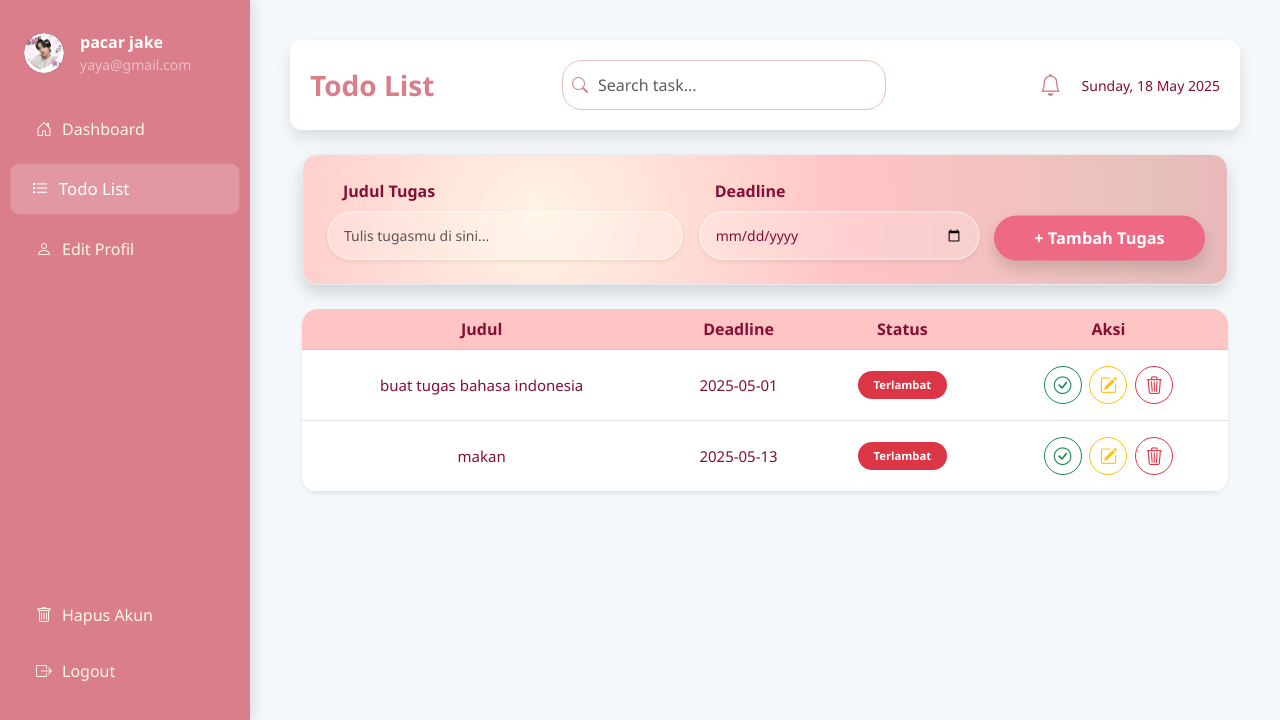
Repository: zhr-nabila/FloTime
Page: http://localhost/todo.php
The author's editor kept a copy of each file at every save. The page is drawn from the files as they stood at one save, then again after the next save.
The browser window is 1280 px wide. The pictures show the whole page.
The pointer rests on the first visible `.btn-gradient`.
The page is run by PHP 8.4 with error messages shown; the project is at /var/www/html/. The session is filled in as if someone had signed in: {"email": "yaya@gmail.com", "status": "login", "user_id": 2}. Other server files are loaded and not shown. The database holds what the project's SQL file puts in it.

Above is the page before, as saved 2025-05-18 20:25:47.

### todo.php
<?php
session_start();
require 'koneksi.php';

// cek login
if (!isset($_SESSION['status']) || $_SESSION['status'] != "login") {
    header("Location: login.php");
    exit();
}

$user_id = $_SESSION['user_id'];
$email = $_SESSION['email'];

$search = isset($_GET['search']) ? trim($_GET['search']) : '';

// tambah task
if (isset($_POST['add_task'])) {
    $title = trim($_POST['title']);
    $deadline = $_POST['deadline'];
    $created_at = date('Y-m-d H:i:s');

    $stmt = $conn->prepare("INSERT INTO todos (user_id, title, status, deadline, created_at) VALUES (?, ?, 'pending', ?, ?)");
    $stmt->bind_param("isss", $user_id, $title, $deadline, $created_at);
    $stmt->execute();
    $stmt->close();

    header("Location: todo.php");
    exit();
}

// nandain task selesai
if (isset($_GET['done'])) {
    $task_id = (int) $_GET['done'];
    $stmt = $conn->prepare("UPDATE todos SET status = 'completed' WHERE id = ? AND user_id = ?");
    $stmt->bind_param("ii", $task_id, $user_id);
    $stmt->execute();
    $stmt->close();

    header("Location: todo.php");
    exit();
}

// undo task selesai
if (isset($_GET['undo'])) {
    $task_id = (int) $_GET['undo'];
    $stmt = $conn->prepare("UPDATE todos SET status = 'pending' WHERE id = ? AND user_id = ?");
    $stmt->bind_param("ii", $task_id, $user_id);
    $stmt->execute();
    $stmt->close();

    header("Location: todo.php");
    exit();
}

// hapus task
if (isset($_GET['delete'])) {
    $task_id = (int) $_GET['delete'];
    $stmt = $conn->prepare("DELETE FROM todos WHERE id = ? AND user_id = ?");
    $stmt->bind_param("ii", $task_id, $user_id);
    $stmt->execute();
    $stmt->close();

    header("Location: todo.php");
    exit();
}

// ambil daftar tugas
if (!empty($search)) {
    $like_search = "%$search%";
    $stmt = $conn->prepare("SELECT * FROM todos WHERE user_id = ? AND title LIKE ? ORDER BY deadline ASC");
    $stmt->bind_param("is", $user_id, $like_search);
} else {
    $stmt = $conn->prepare("SELECT * FROM todos WHERE user_id = ? ORDER BY deadline ASC");
    $stmt->bind_param("i", $user_id);
}

$stmt->execute();
$result = $stmt->get_result();

if (!$result) {
    die("Query gagal: " . $conn->error);
}
?>


<!DOCTYPE html>
<html lang="en">

<head>
    <meta charset="UTF-8">
    <title>Todo List</title>
    <link href="https://cdn.jsdelivr.net/npm/bootstrap@5.3.3/dist/css/bootstrap.min.css" rel="stylesheet">
    <link href="https://cdn.jsdelivr.net/npm/bootstrap-icons@1.10.5/font/bootstrap-icons.css" rel="stylesheet">
    <link rel="stylesheet" href="css/style.css">
</head>

<body>
    <!-- sidebar -->
    <?php
    $activePage = 'todo';
    include 'includes/sidebar.php';
    ?>

    <div class="main-content">
        <!-- topbar -->
        <?php
        $pageTitle = "Todo List";
        include 'includes/topbar.php';
        ?>


        <div class="container mt-4">
            <form method="POST" class="mb-4 px-4 py-4 rounded-4 shadow border border-light-subtle premium-form">
                <div class="row align-items-end g-3">
                    <div class="col-md-5">
                        <label class="form-label fw-semibold px-3">Judul Tugas</label>
                        <input type="text" name="title" class="form-control form-control-sm glass-input rounded-5 shadow-sm" placeholder="Tulis tugasmu di sini..." required>
                    </div>
                    <div class="col-md-4">
                        <label class="form-label fw-semibold px-3">Deadline</label>
                        <input type="date" name="deadline" class="form-control form-control-sm glass-input rounded-5 shadow-sm" required>
                    </div>
                    <div class="col-md-3 d-grid">
                        <button type="submit" name="add_task" class="btn btn-gradient shadow fw-semibold rounded-5">+ Tambah Tugas</button>
                    </div>
                </div>
            </form>


            <?php if ($result->num_rows > 0): ?>
                <div class="table-responsive shadow-sm rounded-4 overflow-hidden">
                    <table class="table table-hover align-middle mb-0 premium-table">
                        <thead class="table-light text-center">
                            <tr>
                                <th>Judul</th>
                                <th>Deadline</th>
                                <th>Status</th>
                                <th>Aksi</th>
                            </tr>
                        </thead>
                        <tbody>
                            <?php while ($row = $result->fetch_assoc()): ?>
                                <tr class="<?= $row['status'] == 'completed' ? 'completed-task' : '' ?>">
                                    <td class="<?= $row['status'] == 'completed' ? 'text-decoration-line-through' : '' ?>">
                                        <?= htmlspecialchars($row['title']) ?>
                                    </td>
                                    <td class="<?= $row['status'] == 'completed' ? 'text-decoration-line-through' : '' ?>">
                                        <?= htmlspecialchars($row['deadline']) ?>
                                    </td>
                                    <td class="text-center">
                                        <?php
                                        if ($row['status'] == 'completed') {
                                            echo "<span class='badge rounded-pill text-bg-success px-3 py-2'>Selesai</span>";
                                        } elseif (date('Y-m-d') > $row['deadline']) {
                                            echo "<span class='badge rounded-pill text-bg-danger px-3 py-2'>Terlambat</span>";
                                        } else {
                                            echo "<span class='badge rounded-pill text-bg-warning text-dark px-3 py-2'>Belum Selesai</span>";
                                        }
                                        ?>
                                    </td>
                                    <td class="text-center">
                                        <?php if ($row['status'] == 'completed'): ?>
                                            <a href="?undo=<?= $row['id'] ?>" class="btn btn-icon btn-outline-secondary btn-sm me-1" title="Batalkan status">
                                                <i class="bi bi-arrow-counterclockwise"></i>
                                            </a>
                                        <?php else: ?>
                                            <a href="?done=<?= $row['id'] ?>" class="btn btn-icon btn-outline-success btn-sm me-1" title="Tandai selesai">
                                                <i class="bi bi-check-circle"></i>
                                            </a>
                                        <?php endif; ?>
                                        <a href="edit_task.php?id=<?= $row['id'] ?>" class="btn btn-icon btn-outline-warning btn-sm me-1" title="Edit tugas">
                                            <i class="bi bi-pencil-square"></i>
                                        </a>
                                        <a href="?delete=<?= $row['id'] ?>" onclick="return confirm('Hapus tugas ini?')" class="btn btn-icon btn-outline-danger btn-sm" title="Hapus tugas">
                                            <i class="bi bi-trash3"></i>
                                        </a>
                                    </td>
                                </tr>
                            <?php endwhile; ?>
                        </tbody>
                    </table>
                </div>
            <?php else: ?>
                <p class="text-muted mt-4 text-center">✨ Tidak ada tugas ditemukan. Buat yang baru, yuk!</p>
            <?php endif; ?>

        </div>
    </div>
    <script>
         document.querySelectorAll('tbody tr').forEach((row, index) => {
            row.style.opacity = '0';
            row.style.transform = 'translateY(20px)';
            row.style.transition = `all 0.5s ease ${index * 0.05}s`;

            setTimeout(() => {
                row.style.opacity = '1';
                row.style.transform = 'translateY(0)';
            }, 50);
        });
    </script>

</body>

</html>

### koneksi.php
<?php
$host = "localhost";
$user = "root";
$pass = "";
$db = "todolist";

$conn = mysqli_connect($host, $user, $pass, $db);

if (!$conn) {
    die("Koneksi gagal: " . mysqli_connect_error());
}

### includes/sidebar.php
<?php
if (!isset($_SESSION)) session_start();
include_once 'koneksi.php';

$email = $_SESSION['email'] ?? '';

// Ambil data user
$query = mysqli_query($conn, "SELECT * FROM users WHERE email = '$email'");
$user = mysqli_fetch_assoc($query);

// Ambil nama dan foto
$name = $user['name'] ?? '';
$avatar = $user['photo'] ?? null; // GUNAKAN 'photo' bukan 'avatar'

// Ambil inisial dari nama jika ada, kalau tidak dari email
$display_name = $name ?: $email;
$initial = strtoupper(substr($display_name, 0, 1));
?>

<div class="sidebar d-flex flex-column">
    <div class="px-4 d-flex align-items-center mb-4">
        <div class="user-avatar">
            <?php if ($avatar && file_exists("uploads/$avatar")): ?>
                <img src="uploads/<?= htmlspecialchars($avatar) ?>" alt="Avatar">
            <?php else: ?>
                <?= $initial ?>
            <?php endif; ?>
        </div>
        <div class="ms-3">
            <div class="fw-semibold"><?= htmlspecialchars($name ?: 'User') ?></div>
            <div class="small text-white-50"><?= htmlspecialchars($email) ?></div>
        </div>
    </div>
    <nav class="nav flex-column px-3">
        <a class="nav-link <?= ($activePage == 'dashboard') ? 'active' : '' ?>" href="dashboard.php">
            <i class="bi bi-house-door"></i> Dashboard
        </a>
        <a class="nav-link <?= ($activePage == 'todo') ? 'active' : '' ?>" href="todo.php">
            <i class="bi bi-list-task"></i> Todo List
        </a>
        <a class="nav-link <?= ($activePage == 'profile') ? 'active' : '' ?>" href="profile.php">
            <i class="bi bi-person"></i> Edit Profil
        </a>
        <a class="nav-link delete-account" href="#" id="deleteAccountBtn">
            <i class="bi bi-trash"></i> Hapus Akun
        </a>

        <a class="nav-link logout" href="logout.php">
            <i class="bi bi-box-arrow-right"></i> Logout
        </a>
    </nav>
</div>

<!-- Modal Hapus Akun -->
<!-- Modal Hapus Akun -->
<div id="deleteModal">
  <div class="modal-box">
    <h4>Yakin ingin menghapus akun?</h4>
    <p>Aksi ini tidak bisa dibatalkan!</p>
    <form id="deleteAccountForm" method="POST" action="delete_account.php">
        <button type="submit" class="confirm">Ya, Hapus</button>
        <button type="button" class="cancel" onclick="closeModal()">Batal</button>
    </form>
  </div>
</div>

<script>
  const deleteBtn = document.getElementById('deleteAccountBtn');
  const modal = document.getElementById('deleteModal');
  const deleteForm = document.getElementById('deleteAccountForm');

  if (deleteBtn && modal) {
    deleteBtn.addEventListener('click', function(e) {
      e.preventDefault();
      modal.style.display = 'flex';
    });
  }

  function closeModal() {
    modal.style.display = 'none';
  }

  // Handle form submission
  deleteForm.addEventListener('submit', function(e) {
    e.preventDefault();

    fetch('delete_account.php', {
      method: 'POST',
      headers: {
        'Content-Type': 'application/x-www-form-urlencoded',
      },
      body: new URLSearchParams(new FormData(deleteForm))
    })
    .then(response => response.json())
    .then(result => {
      if (result.status === 'success') {
        window.location.href = 'login.php?account_deleted=1';
      } else {
        alert(result.message);
        closeModal();
      }
    })
    .catch(error => {
      console.error('Error:', error);
      alert('Terjadi kesalahan saat menghapus akun');
      closeModal();
    });
  });
</script>

### includes/topbar.php
<div class="header">
    <div class="title"><?= isset($pageTitle) ? htmlspecialchars($pageTitle) : 'Untitled'; ?></div>
    <div class="search-bar">
        <form method="GET" action="todo.php" class="d-flex">
            <input type="text" name="search" class="form-control" placeholder="Search task..." value="<?= isset($_GET['search']) ? htmlspecialchars($_GET['search']) : '' ?>">
            <button type="submit" class="btn"><i class="bi bi-search"></i></button>
        </form>
    </div>

    <div class="notifications">
        <i class="bi bi-bell"></i>
        <div class="date"><?= date('l, d F Y') ?></div>
    </div>
</div>

### css/style.css
@import url('https://fonts.googleapis.com/css2?family=Poppins:wght@500&display=swap');

:root {
    --c0: #ffffff;
    --c1: #E3919F;
    --c2: #E7C0BC;
    --c3: #370808;
    --c4: #D97E8A;
    --c5: #EC9FAB;
    --c6: #000000;
    /* gradient */
    --c7: #850e35;
    --c8: #ee6983;
    --c9: #ffc4c4;
    --c10: #fff5e4;
    --c11: #d1d5db;
}


*:not(input):not(textarea):not([contenteditable="true"]) {
    caret-color: transparent !important;
}

input,
textarea,
[contenteditable="true"] {
    caret-color: auto;
    outline: none;
    padding: 6px 10px;
    border-radius: 5px;
    transition: border 0.2s ease;
}

body {
    background: #f5f8fa;
    font-family: 'Segoe UI', sans-serif;
    margin: 0;
    padding: 0;
    overflow: hidden;
}

html,
body {
    height: 100%;
}


::-webkit-scrollbar {
    display: none;
}

.main-content {
    margin-left: 250px;
    padding: 40px;
    height: 100vh;
    overflow-y: auto;
}


.sidebar {
    height: 100vh;
    background: var(--c4);
    color: var(--c0);
    padding-top: 30px;
    position: fixed;
    width: 250px;
    transition: all 0.3s;
    box-shadow: 4px 0 10px rgba(0, 0, 0, 0.1);
}

.sidebar .nav-link {
    color: var(--c10);
    padding: 12px 20px;
    margin: 6px 0;
    border-radius: 8px;
    display: flex;
    align-items: center;
    gap: 10px;
    transition: all 0.3s ease;
    font-size: 16px;
}

.sidebar .nav-link:hover,
.sidebar .nav-link.active {
    background-color: rgba(255, 255, 255, 0.2);
    color: var(--c0);
    transform: scale(1.05);
}

.sidebar .nav-link.logout {
    color: var(--c10);
    padding: 12px 20px;
    margin:2px 0;
    border-radius: 8px;
    display: flex;
    align-items: center;
    gap: 10px;
    transition: all 0.3s ease;
    font-size: 16px;
}

.sidebar .nav-link.logout:hover {
    background-color: rgba(255, 255, 255, 0.2);
    color: var(--c0);
    transform: scale(1.05);
}

.sidebar .nav-link.delete-account {
  color: var(--c10);
  margin-top: 19.5rem ;
}

.main-content {
    margin-left: 250px;
    padding: 40px;
}

.header {
    display: flex;
    justify-content: space-between;
    align-items: center;
    padding: 20px;
    background: var(--c0);
    border-radius: 12px;
    box-shadow: 0 8px 15px rgba(0, 0, 0, 0.1);
    margin-bottom: 20px;
}

.header .title {
    font-size: 28px;
    font-weight: bold;
    color: var(--c4);
}

.header .search-bar {
    position: relative;
    width: 350px;
}

.header .search-bar input {
    width: 100%;
    padding: 12px 40px 12px 35px;
    border-radius: 20px;
    border: 1px solid var(--c2);
    font-size: 16px;
    transition: border 0.3s;
}

.header .search-bar input:focus {
    border: 1px solid var(--c4);
    outline: none;
}

.header .search-bar i {
    position: absolute;
    top: 50%;
    left: 10px;
    transform: translateY(-50%);
    color: var(--c4);
}

.header .notifications {
    display: flex;
    align-items: center;
    gap: 20px;
}

.header .notifications .bi {
    font-size: 22px;
    cursor: pointer;
    color: var(--c4);
    transition: color 0.3s;
}

.header .notifications .bi:hover {
    color: var(--c7);
}

.card-welcome {
    background: linear-gradient(135deg, var(--c9), var(--c10));
    border-radius: 10px 60px 30px;
    box-shadow: 0 15px 30px rgba(0, 0, 0, 0.1);
    padding: 30px;
    animation: fadeIn 0.6s ease;
    margin-bottom: 30px;
    color: var(--c7);
    border: none;
}

.user-avatar {
    width: 40px;
    height: 40px;
    border-radius: 50%;
    background-color: var(--c7);
    color: var(--c0);
    display: flex;
    align-items: center;
    justify-content: center;
    font-weight: bold;
    font-size: 18px;
    overflow: hidden;
    flex-shrink: 0;
}

.user-avatar img {
    width: 100%;
    height: 100%;
    object-fit: cover;
    border-radius: 50%;
    display: block;
}
.user-avatar {
    width: 40px;
    height: 40px;
    border-radius: 50%;
    background-color: var(--c7);
    color: var(--c0);
    display: flex;
    align-items: center;
    justify-content: center;
    font-weight: bold;
    font-size: 18px;
    overflow: hidden;
    flex-shrink: 0;
}

.user-avatar img {
    width: 100%;
    height: 100%;
    object-fit: cover;
    border-radius: 50%;
    display: block;
}


.date {
    font-size: 14px;
    color: var(--c7);
}

@keyframes fadeIn {
    from {
        opacity: 0;
        transform: translateY(20px);
    }

    to {
        opacity: 1;
        transform: translateY(0);
    }
}

/* Mobile Responsiveness */
@media (max-width: 768px) {
    .sidebar {
        width: 200px;
    }

    .main-content {
        margin-left: 200px;
    }

    .header .title {
        font-size: 24px;
    }

    .header .search-bar {
        width: 250px;
    }
}

/* todo */

.container {
    animation: fadeIn 0.6s ease;
}

.premium-form {
   background: radial-gradient(circle at center, var(--c10), var(--c9), var(--c2), var(--c5));
    background-size: 200% 200%;
    animation: moveGradient 20s ease-in-out infinite alternate;
    border: 2px solid var(--c2);
    border-radius: 12px;
}

@keyframes moveGradient {
   0% {
		background-position: 0% 50%;
	}
	50% {
		background-position: 100% 50%;
	}
	100% {
		background-position: 0% 50%;
	}
}

.btn-gradient {
    background-color: var(--c7);
    color: white;
    border: none;
    transition: 0.3s ease;
    border-radius: 10px;
    padding: 10px;
}

.btn-gradient:hover {
    transform: scale(1.02);
    background-color: var(--c8);
    color: var(--c0);
    box-shadow: 0 4px 8px rgba(0, 0, 0, 0.15);
}

.form-control-sm {
    font-size: 14px;
    padding: 0.8rem 1rem;
    border: none;
    color: var(--c7);
}

.form-control-sm:focus{
    color: var(--c7);
}

.form-label {
    color: var(--c7);
}

.glass-input {
    background: rgba(255, 255, 255, 0.2) !important;
    border: 2px solid rgba(255, 255, 255, 0.3) !important;
    backdrop-filter: blur(5px);
    color: var(--c7);
    transition: all 0.3s ease;
    padding: 12px 15px !important;
    border-radius: 25px;
}

.glass-input:focus {
    background: rgba(255, 255, 255, 0.3) !important;
    border-color: rgba(255, 255, 255, 0.5) !important;
    box-shadow: 0 0 0 0.25rem rgba(238, 105, 131, 0.25);
    color: var(--c7);
}

.premium-table th {
    font-weight: 600;
    background-color: var(--c9);
    color: var(--c7);
}

.premium-table td {
    vertical-align: middle;
    padding-top: 16px;
    padding-bottom: 16px;
    font-size: 15px;
}

.table-hover tbody tr:hover {
    background-color: #fdf2f2;
    transition: 0.3s;
}

.table td,
.table th {
    text-align: center;
    color: var(--c7);
}

.btn-icon {
    width: 38px;
    height: 38px;
    padding: 0;
    border-radius: 50%;
    display: inline-flex;
    align-items: center;
    justify-content: center;
    font-size: 1.1rem;
    transition: all 0.3s ease-in-out;
}

.btn-icon:hover {
    box-shadow: 0 0 10px rgba(100, 180, 255, 0.4);
    transform: scale(1.08);
}

/* Completed task styles */
.completed-task {
    background-color: rgba(0, 200, 83, 0.05);
}

.completed-task td {
    color: #6c757d;
    opacity: 0.8;
}

.text-decoration-line-through {
    text-decoration: line-through;
}

/* Undo button styles */
.btn-outline-secondary {
    border-color: #6c757d;
    color: #6c757d;
}

.btn-outline-secondary:hover {
    background-color: #f8f9fa;
    border-color: #5a6268;
    color: #5a6268;
}

/* Hover effect for completed tasks */
.completed-task:hover {
    background-color: rgba(0, 200, 83, 0.08) !important;
}


/* MODAL BACKGROUND */
#deleteModal {
  display: none;
  position: fixed;
  top: 0; left: 0;
  width: 100%; height: 100%;
  backdrop-filter: blur(4px);
  background-color: rgba(0, 0, 0, 0.4);
  justify-content: center;
  align-items: center;
  z-index: 9999;
}

/* MODAL BOX */
#deleteModal .modal-box {
  background: var(--c10);
  padding: 30px 25px;
  border-radius: 12px;
  box-shadow: 0 8px 20px rgba(0,0,0,0.2);
  max-width: 350px;
  text-align: center;
  color: var(--c3);
  animation: smoothPop 0.3s ease;
}

/* TITLE */
#deleteModal h4 {
  margin-bottom: 10px;
  color: var(--c3);
  font-size: 20px;
  font-weight: bold;
}

/* DESCRIPTION */
#deleteModal p {
  font-size: 14px;
  color: var(--c6);
  margin-bottom: 20px;
}

/* BUTTON STYLE */
#deleteModal button {
  padding: 10px 18px;
  border: none;
  border-radius: 6px;
  cursor: pointer;
  font-weight: 500;
  font-size: 14px;
  transition: all 0.2s ease;
}

#deleteModal button.confirm {
  background: var(--c8);
  color: var(--c0);
  margin-right: 10px;
}

#deleteModal button.confirm:hover {
  background: var(--c7);
}

#deleteModal button.cancel {
  background: var(--c11);
  color: var(--c6);
}

#deleteModal button.cancel:hover {
  background: var(--c2);
}

/* ANIMATION
@keyframes fadeIn {
  from { opacity: 0; transform: scale(0.9); }
  to { opacity: 1; transform: scale(1); }
} */

@keyframes smoothPop {
  0% { opacity: 0; transform: scale(0.9); }
  100% { opacity: 1; transform: scale(1); }
}

### todolist.sql (the tables this page reads)
CREATE TABLE `todos` (
  `id` int(11) NOT NULL,
  `user_id` int(11) NOT NULL,
  `title` varchar(255) NOT NULL,
  `status` enum('pending','completed') DEFAULT 'pending',
  `deadline` date DEFAULT NULL,
  `created_at` timestamp NOT NULL DEFAULT current_timestamp()
) ENGINE=InnoDB DEFAULT CHARSET=utf8mb4 COLLATE=utf8mb4_general_ci;

INSERT INTO `todos` (`id`, `user_id`, `title`, `status`, `deadline`, `created_at`) VALUES
(2, 2, 'buat tugas bahasa indonesia', 'pending', '2025-05-01', '2025-05-15 17:11:25'),
(5, 2, 'makan', 'pending', '2025-05-13', '2025-05-21 19:26:13');

ALTER TABLE `todos`
  ADD PRIMARY KEY (`id`),
  ADD KEY `user_id` (`user_id`);

ALTER TABLE `todos`
  MODIFY `id` int(11) NOT NULL AUTO_INCREMENT, AUTO_INCREMENT=6;

ALTER TABLE `todos`
  ADD CONSTRAINT `todos_ibfk_1` FOREIGN KEY (`user_id`) REFERENCES `users` (`id`);

CREATE TABLE `users` (
  `id` int(11) NOT NULL,
  `email` varchar(255) NOT NULL,
  `name` varchar(100) DEFAULT NULL,
  `password` varchar(255) NOT NULL,
  `photo` varchar(255) DEFAULT NULL
) ENGINE=InnoDB DEFAULT CHARSET=utf8mb4 COLLATE=utf8mb4_general_ci;

INSERT INTO `users` (`id`, `email`, `name`, `password`, `photo`) VALUES
(2, 'yaya@gmail.com', 'pacar jake', '1234', '682bf641de05a.jpeg');

ALTER TABLE `users`
  ADD PRIMARY KEY (`id`),
  ADD UNIQUE KEY `email` (`email`);

ALTER TABLE `users`
  MODIFY `id` int(11) NOT NULL AUTO_INCREMENT, AUTO_INCREMENT=4;

After the next save:
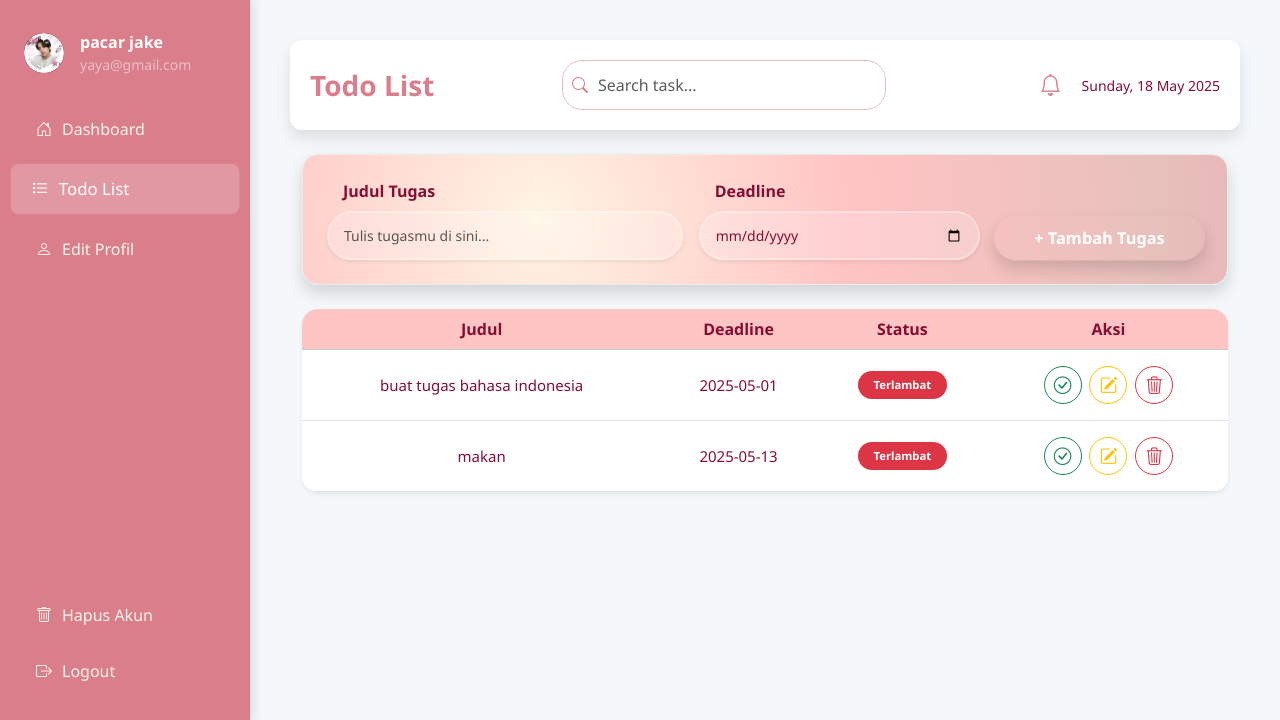
Saved 22 s later.
--- a/css/style.css
+++ b/css/style.css
@@ -306,7 +306,7 @@ body {
 
 .btn-gradient:hover {
     transform: scale(1.02);
-    background-color: var(--c8);
+    background-color: transparent;
     color: var(--c0);
     box-shadow: 0 4px 8px rgba(0, 0, 0, 0.15);
 }
